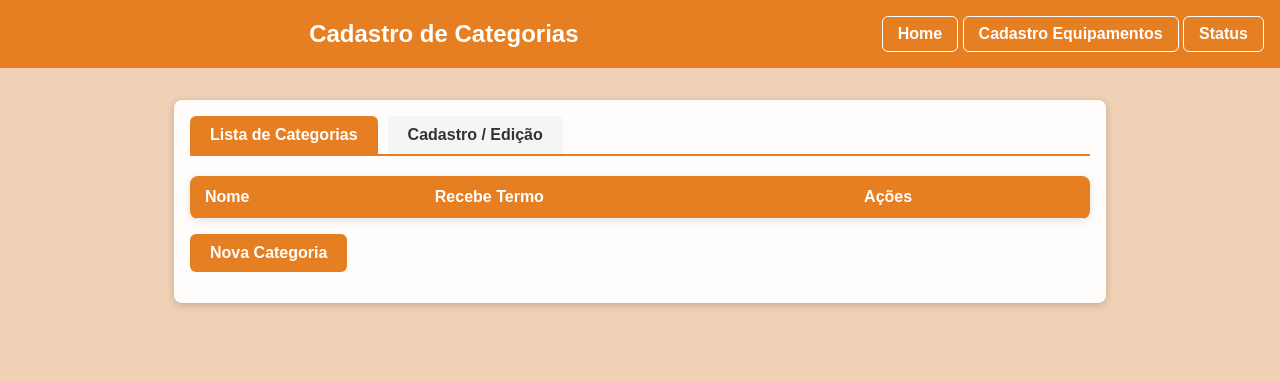
Repository: davyjales/inventario-TI
Page: categorias.html
The author's editor kept a copy of each file at every save. The page is drawn from the files as they stood at one save, then again after the next save.
The browser window is 1280 px wide. The pictures show the whole page.
The page's requests for data from a server got no answer.

Above is the page before, as saved 2025-08-10 15:46:40.

### categorias.html
<!DOCTYPE html>
<html lang="pt-BR">
<head>
  <meta charset="UTF-8" />
  <meta name="viewport" content="width=device-width, initial-scale=1" />
  <title>Cadastro de Categorias</title>
  <link rel="stylesheet" href="css/style.css" />
  <style>
    /* Header styles */
    header {
      background-color: #e67e22;
      color: white;
      padding: 1rem;
      display: flex;
      justify-content: space-between;
      align-items: center;
      gap: 10px;
    }
    header h1 {
      margin: 0;
      font-size: 1.5rem;
      flex-grow: 1;
    }
    header nav button {
      background-color: transparent;
      border: 1px solid white;
      color: white;
      padding: 8px 15px;
      border-radius: 6px;
      cursor: pointer;
      font-weight: 600;
      transition: background-color 0.3s ease;
    }
    header nav button:hover {
      background-color: white;
      color: #e67e22;
    }

    /* Tabs styles */
    .tabs {
      display: flex;
      border-bottom: 2px solid #e67e22;
      margin-bottom: 20px;
      gap: 10px;
    }
    .tab-button {
      padding: 10px 20px;
      cursor: pointer;
      background-color: #f5f5f5;
      border: none;
      border-radius: 6px 6px 0 0;
      font-weight: 600;
      color: #333;
      transition: background-color 0.3s ease;
    }
    .tab-button.active {
      background-color: #e67e22;
      color: white;
      font-weight: 700;
    }
    .tab-content {
      display: none;
    }
    .tab-content.active {
      display: block;
    }

    /* Table styles */
    table {
      width: 100%;
      border-collapse: collapse;
      box-shadow: 0 2px 8px rgba(0,0,0,0.1);
      border-radius: 8px;
      overflow: hidden;
    }
    th, td {
      padding: 12px 15px;
      text-align: left;
      border-bottom: 1px solid #eee;
    }
    th {
      background-color: #e67e22;
      color: white;
      font-weight: 600;
    }
    tr:hover {
      background-color: #f9f9f9;
    }

    /* Form styles */
    form label {
      display: block;
      margin-top: 1rem;
      font-weight: bold;
      color: #333;
    }
    form input[type="text"],
    form textarea,
    form select,
    form input[type="checkbox"] {
      margin-top: 0.25rem;
      padding: 8px 10px;
      border-radius: 6px;
      border: 1px solid #ccc;
      font-size: 1rem;
      width: 100%;
      box-sizing: border-box;
    }
    form button {
      margin-top: 1.5rem;
      padding: 10px 20px;
      background-color: #e67e22;
      color: white;
      border: none;
      border-radius: 6px;
      cursor: pointer;
      font-size: 1rem;
      font-weight: 600;
      transition: background-color 0.3s ease;
    }
    form button:hover {
      background-color: #d35400;
    }
    .form-actions {
      display: flex;
      gap: 10px;
    }

    /* Button styles */
    #btn-nova-categoria {
      background-color: #e67e22;
      color: white;
      border: none;
      padding: 10px 20px;
      border-radius: 6px;
      cursor: pointer;
      font-weight: 600;
      margin-bottom: 15px;
      transition: background-color 0.3s ease;
    }
    #btn-nova-categoria:hover {
      background-color: #d35400;
    }
  </style>
</head>
<body>
  <header>
    <h1>Cadastro de Categorias</h1>
    <nav>
      <button id="btn-home">Home</button>
      <button id="btn-cadastro-equip">Cadastro Equipamentos</button>
      <button id="btn-status">Status</button>
    </nav>
  </header>

  <main>
    <div class="tabs">
      <button class="tab-button active" data-tab="tab-lista">Lista de Categorias</button>
      <button class="tab-button" data-tab="tab-form">Cadastro / Edição</button>
    </div>

    <section id="tab-lista" class="tab-content active">
      <table>
        <thead>
          <tr>
            <th>Nome</th>
            <th>Recebe Termo</th>
            <th>Ações</th>
          </tr>
        </thead>
        <tbody id="categorias-tbody">
          <!-- Lista de categorias será inserida aqui -->
        </tbody>
      </table>
      <button id="btn-nova-categoria" style="margin-top: 15px;">Nova Categoria</button>
    </section>

    <section id="tab-form" class="tab-content">
      <h2 id="form-titulo">Nova Categoria</h2>
      <form id="categoria-form">
        <label>
          Nome da Categoria:
          <input type="text" id="nome-categoria" name="nome" required />
        </label>
        <label>
          Recebe Termo:
          <input type="checkbox" id="recebe-termo" name="recebe_termo" />
        </label>

        <h3>Campos da Categoria</h3>
        <div id="campos-container">
          <!-- Campos dinâmicos serão adicionados aqui -->
        </div>
        <button type="button" id="btn-adicionar-campo" style="margin-top: 10px; margin-bottom: 20px;">Adicionar Campo</button>

        <div class="form-actions">
          <button type="submit" id="btn-salvar">Salvar</button>
          <button type="button" id="btn-cancelar">Cancelar</button>
        </div>
      </form>
    </section>
  </main>

  <script src="js/cadastroCategorias.js"></script>
  <script src="js/cadastroCategoriasTabs.js"></script>
  <script>
    // Navigation buttons
    document.getElementById('btn-home').addEventListener('click', () => {
      window.location.href = 'index.html';
    });
    document.getElementById('btn-cadastro-equip').addEventListener('click', () => {
      window.location.href = 'cadastroEquipamentos.html';
    });
    document.getElementById('btn-status').addEventListener('click', () => {
      window.location.href = 'status.html';
    });
  </script>
</body>
</html>

### css/style.css
/* Existing styles are preserved */

/* Styles for additional fields in category creation */
#campos-adicionais-container {
  margin-top: 10px;
}

.campo-adicional-item {
  display: flex;
  align-items: center;
  gap: 10px;
  margin-bottom: 5px;
}

.campo-adicional-item input[type="text"] {
  flex: 1;
  padding: 6px 8px;
  border: 1px solid #ccc;
  border-radius: 4px;
}

.campo-adicional-item input[type="checkbox"] {
  width: 18px;
  height: 18px;
  cursor: pointer;
}

#btn-adicionar-campo {
  background-color: #b9610f;
  color: white;
  border: none;
  padding: 5px 10px;
  border-radius: 4px;
  cursor: pointer;
}

#btn-adicionar-campo:hover {
  background-color: #a0500d;
}

.btn-remover-campo {
  background-color: #e74c3c;
  color: white;
  border: none;
  padding: 2px 8px;
  border-radius: 4px;
  cursor: pointer;
}

.btn-remover-campo:hover {
  background-color: #c0392b;
}

/* Styles for additional fields in equipment registration */
#campos-adicionais-equipamento > div {
  margin-bottom: 10px;
}

#campos-adicionais-equipamento label {
  font-weight: bold;
  display: block;
  margin-bottom: 4px;
}

#campos-adicionais-equipamento input[type="text"] {
  width: 100%;
  padding: 6px 8px;
    box-shadow: 0 2px 8px rgba(0, 0, 0, 0.2);
    position: relative;
    z-index: 1;
}

.page-section {
    display: none;
    font-family: 'Segoe UI', Tahoma, Geneva, Verdana, sans-serif;
    max-width: 1200px;
    margin: 20px auto;
    padding: 25px;
    background-color: #fff;
    border-radius: 10px;
    box-shadow: 0 4px 12px rgba(0, 0, 0, 0.08);
}

.page-section.active {
    display: block;
}

/* === RESET === */
body {
    font-family: Arial, sans-serif;
    margin: 0;
    padding: 0;
    background-color: #f4f4f4;
    /* background-image: url('../images/visteon-bg.jpg.jpg'); */
    background-size: cover;
    background-position: center;
    background-repeat: no-repeat;
    position: relative;
    z-index: 0;
}

body::before {
    content: "";
    position: fixed;
    top: 0;
    left: 0;
    width: 100%;
    height: 100%;
    background-color: rgba(230, 126, 34, 0.3);
    z-index: -1;
}

/* === HEADER === */
header {
    background-color: #e67e22;
    color: white;
    padding: 1rem;
    text-align: center;
}

.nav-menu {
    list-style: none;
    padding: 0;
    margin: 0;
    display: flex;
    justify-content: center;
    background-color: transparent;
}

.nav-menu li {
    margin: 0 1rem;
}

.nav-menu li a {
    color: white;
    text-decoration: none;
    font-weight: bold;
    padding: 0.5rem 1rem;
    border-radius: 4px;
    transition: background-color 0.3s ease;
}

.nav-menu li a.active,
.nav-menu li a:hover {
    background-color: #d35400;
}

/* === MAIN === */
main {
    max-width: 900px;
    margin: 2rem auto;
    padding: 1rem;
    background-color: rgba(255, 255, 255, 0.95);
    border-radius: 8px;
    box-shadow: 0 2px 8px rgba(0, 0, 0, 0.2);
    position: relative;
    z-index: 1;
}

.page-section {
    display: none;
}

.page-section.active {
    display: block;
}

/* === HOME === */
#home h2 {
    text-align: center;
    color: black;
}

.home-functions {
    display: flex;
    gap: 1rem;
    justify-content: center;
    margin-top: 2rem;
}

.home-functions button {
    padding: 1rem 2rem;
    font-size: 1rem;
    cursor: pointer;
    background-color: black;
    color: white;
    border: none;
    border-radius: 6px;
    transition: background-color 0.3s ease;
}

.home-functions button:hover {
    background-color: #333;
}

/* === EQUIPAMENTOS === */
.equipment-list {
    display: grid;
    grid-template-columns: repeat(auto-fill, minmax(250px, 1fr));
    gap: 1rem;
    margin-top: 1rem;
}

.equipment-list > div {
    background-color: #fff;
    padding: 1rem;
    border-radius: 6px;
    box-shadow: 0 1px 3px rgba(0, 0, 0, 0.1);
    cursor: pointer;
    transition: transform 0.2s, background-color 0.2s;
}

.equipment-list > div:hover {
    transform: translateY(-3px);
    background-color: #f9f9f9;
}

.equipment-list h3 {
    margin: 0 0 0.5rem;
    font-size: 1.1rem;
    color: #e67e22;
}

.equipment-list p {
    margin: 0;
    font-size: 0.9rem;
    color: #444;
}

.equipment-details {
    background-color: #fff;
    padding: 1rem;
    border-radius: 6px;
    box-shadow: 0 2px 6px rgba(0, 0, 0, 0.1);
}

.hidden {
    display: none;
}

/* === FORMULÁRIOS === */
form label {
    display: block;
    margin-top: 1rem;
    font-weight: bold;
    color: #333;
}

form input[type="text"],
form textarea,
form select,
form input[type="file"] {
    width: 100%;
    padding: 0.5rem;
    margin-top: 0.25rem;
    border: 1px solid #ccc;
    border-radius: 4px;
    box-sizing: border-box;
    background-color: white;
}

form button[type="submit"] {
    margin-top: 1.5rem;
    padding: 0.75rem 1.5rem;
    background-color: #e67e22;
    color: white;
    border: none;
    border-radius: 6px;
    cursor: pointer;
    font-size: 1rem;
}

form button[type="submit"]:hover {
    background-color: #d35400;
}

.termo-options {
    display: flex;
    gap: 2rem;
    margin-top: 0.5rem;
}

#categoria-lista {
    list-style: none;
    padding: 0;
    margin-top: 1rem;
}

#categoria-lista li {
    background-color: #fff;
    margin-bottom: 0.5rem;
    padding: 0.5rem 1rem;
    border-radius: 4px;
    box-shadow: 0 1px 3px rgba(0, 0, 0, 0.1);
}
#categoria-lista li span {
    font-weight: bold;
    color: #e67e22;
}

/* === TABELA DE USUÁRIOS === */
.user-table {
    width: 100%;
    border-collapse: collapse;
    margin-top: 2rem;
    background-color: #fff;
    box-shadow: 0 2px 6px rgba(0, 0, 0, 0.1);
    border-radius: 8px;
    overflow: hidden;
}

.user-table thead {
    background-color: #e67e22;
    color: white;
}

.user-table thead th {
    padding: 1rem;
    text-align: left;
    font-weight: bold;
    border-bottom: 2px solid #d35400;
}

.user-table tbody td  {
    padding: 0.75rem 0.75rem;
    border-bottom: 1px solid #eee;
    color: #333;
}

.user-table tbody tr:hover {
    background-color: #f9f9f9;
}

.user-table td .action-btn .checkbox{
    display: inline-flex;
    align-items: center;
    justify-content: center;
    margin: 0.2rem;
    padding: 0.75rem 0.75rem;
    font-size: 0.85rem;
    font-weight: bold;
    border: none;
    border-radius: 5px;
    cursor: pointer;
    color: white;
    transition: all 0.3s ease;
    min-width: 140px;
    text-align: center;
    box-shadow: 0 2px 4px rgba(0, 0, 0, 0.1);
}

.btn-admin {
    background-color: #3498db;
}
.btn-admin:hover {
    background-color: #2980b9;
}

.btn-auth {
    background-color: #27ae60;
}
.btn-auth:hover {
    background-color: #1e8449;
}

/*.btn-delete {
    background-color: #e74c3c;
}
.btn-delete:hover {
    background-color: #c0392b;
} */
.btn-inventariante {
  background-color: #f39c12;
}
.btn-inventariante:hover {
  background-color: #d68910;
}/*
.btn-password {
    background-color: #8e44ad;
}*/

.modal {
  position: fixed;
  top: 0; left: 0;
  width: 100vw; height: 100vh;
  background: rgba(0, 0, 0, 0.4);
  display: flex; justify-content: center; align-items: center;
  z-index: 999;
}
.modal-content {
  background: white;
  padding: 2rem;
  border-radius: 8px;
  max-width: 400px;
  width: 90%;
  box-shadow: 0 2px 10px rgba(0,0,0,0.3);
}
.modal-buttons {
  margin-top: 1rem;
  display: flex;
  gap: 1rem;
  justify-content: flex-end;
}
.hidden {
  display: none !important;
}

.centralizado {
  text-align: center;
  vertical-align: middle;
}

/* Increase row height and padding for equipment table */
.tabela-equipamentos tbody tr {
  height: 50px;
}

.tabela-equipamentos tbody td {
  padding: 2px 5px;
  vertical-align: middle;
  font-size: 1rem;
  cursor: default;
}

.tabela-equipamentos tbody td.service-tag-link {
  color: #007bff;
  cursor: pointer;
  text-decoration: underline;
}

/* === NAVIGATION DROPDOWN MENU === */
.nav-dropdown {
  position: relative;
}

.dropdown-menu {
  position: absolute;
  top: 100%;
  left: 0;
  background-color: #e67e22;
  list-style: none;
  padding: 0.5rem 0;
  margin: 0;
  opacity: 0;
  visibility: hidden;
  transition: opacity 0.3s ease;
  border-radius: 0 0 6px 6px;
  min-width: 180px;
  z-index: 10;
}

.dropdown-menu li {
  margin: 0;
}

.dropdown-menu li a {
  display: block;
  padding: 0.5rem 1rem;
  color: white;
  text-decoration: none;
  font-weight: normal;
  transition: background-color 0.3s ease;
}

.dropdown-menu li a:hover {
  background-color: #d35400;
}

.nav-dropdown:hover .dropdown-menu {
  opacity: 1;
  visibility: visible;
}

/* ===== ESTILOS DA ABA DE HISTÓRICO ===== */

/* Controles de abas */
.tab-buttons {
  display: flex;
  margin: 20px 0 15px 0;
  border-bottom: 1px solid #ddd;
}

.tab-btn {
  padding: 10px 20px;
  background: #f5f5f5;
  border: none;
  border-radius: 5px 5px 0 0;
  cursor: pointer;
  margin-right: 5px;
  font-weight: 600;
  transition: all 0.3s ease;
}

.tab-btn:hover {
  background: #e0e0e0;
}

.tab-btn.active {
  background: #b9610f;
  color: white;
}

/* Abas */
.report-tab,
.history-tab {
  display: none;
}

.report-tab.active,
.history-tab.active {
  display: block;
}

/* Barra de pesquisa do histórico */
.history-search {
  display: flex;
  gap: 10px;
  margin-bottom: 15px;
  flex-wrap: wrap;
  align-items: center;
}

.history-search input,
.history-search select {
  padding: 8px 12px;
  border: 1px solid #ddd;
  border-radius: 4px;
  font-size: 14px;
}

.history-search button {
  padding: 8px 15px;
  background: #b9610f;
  color: white;
  border: none;
  border-radius: 4px;
  cursor: pointer;
  transition: background 0.3s;
}

.history-search button:hover {
  background: #a3560d;
}

/* Tabela de histórico */
.tabela-historico {
  width: 100%;
  border-collapse: collapse;
}

.tabela-historico th {
  background-color: #b9610f;
  color: white;
  padding: 12px 15px;
  text-align: left;
  font-weight: 500;
  position: sticky;
  top: 0;
}

.tabela-historico td {
  padding: 12px 15px;
  border-bottom: 1px solid #eee;
  vertical-align: top;
}

.tabela-historico tr:nth-child(even) {
  background-color: #f9f9f9;
}

.tabela-historico tr:hover {
  background-color: #f0f7ff;
}

/* Detalhes das alterações */
.change-details {
  font-size: 13px;
}

.change-details ul {
  margin: 0;
  padding-left: 18px;
}

.change-details li {
  margin-bottom: 3px;
}

/* Responsividade */
@media (max-width: 768px) {
  .history-search {
    flex-direction: column;
    align-items: stretch;
  }

  .history-search input,
  .history-search select,
  .history-search button {
    width: 100%;
  }

  .tabela-historico {
    display: block;
    overflow-x: auto;
  }

  .tab-buttons {
    overflow-x: auto;
    white-space: nowrap;
    display: block;
    padding-bottom: 5px;
  }

  .tab-btn {
    display: inline-block;
    margin-bottom: 5px;
  }
}

/* Estilos para listas editáveis */
.editable-list {
  list-style: none;
  padding: 0;
  margin: 0;
  width: 100%; /* Garante que a lista ocupe toda a largura */
}

/* Estilo para os itens da lista */
.editable-list li {
  display: flex;
  justify-content: space-between;
  align-items: center;
  padding: 12px 15px;
  margin-bottom: 8px;
  background-color: #f8f9fa;
  position: relative; /* Necessário para o pseudo-elemento */
  width: 100%; /* Ocupa toda a largura disponível */
  box-sizing: border-box; /* Inclui padding na largura total */
}

/* Borda lateral usando pseudo-elemento */
.editable-list li::before {
  content: '';
  position: absolute;
  left: 0;
  top: 0;
  bottom: 0;
  width: 3px;
  background-color: #b9610f;
  border-radius: 3px 0 0 3px;
}

/* Estilo para as ações (ícones) */
.editable-actions {
  display: flex;
  gap: 10px;
  margin-left: 10px;
}

/* Estilo para o container principal */

.editable-actions button {
  background: none;
  border: none;
  cursor: pointer;
  font-size: 16px;
  padding: 5px;
  border-radius: 4px;
  transition: all 0.2s;
}

.editable-actions button:hover {
  background-color: #f0f0f0;
}

.btn-edit {
  color: #b9610f;
}

.btn-delete {
  color: #dc3545;
}

/* Modal de edição */
.modal {
  position: fixed;
  top: 0;
  left: 0;
  width: 100%;
  height: 100%;
  background-color: rgba(0, 0, 0, 0.5);
  display: flex;
  justify-content: center;
  align-items: center;
  z-index: 1000;
}

.modal-content {
  background-color: white;
  padding: 25px;
  border-radius: 8px;
  width: 90%;
  max-width: 500px;
  max-height: 80vh;
  overflow-y: auto;
}

.modal-input {
  width: 100%;
  padding: 10px;
  margin: 10px 0;
  border: 1px solid #ddd;
  border-radius: 4px;
}

.modal-buttons {
  display: flex;
  justify-content: flex-end;
  gap: 10px;
  margin-top: 20px;
}

.btn-primary {
  background-color: #b9610f;
  color: white;
  border: none;
  padding: 8px 16px;
  border-radius: 4px;
  cursor: pointer;
}

.btn-cancel {
  background-color: #6c757d;
  color: white;
  border: none;
  padding: 8px 16px;
  border-radius: 4px;
  cursor: pointer;
}

.btn-add-field {
  background-color: #28a745;
  color: white;
  border: none;
  padding: 6px 12px;
  border-radius: 4px;
  cursor: pointer;
  margin-top: 10px;
  font-size: 14px;
}

.campo-adicional-item {
  display: flex;
  align-items: center;
  gap: 10px;
  margin-bottom: 10px;
  padding: 8px;
  background-color: #f8f9fa;
  border-radius: 4px;
}

.campo-adicional-item input[type="text"] {
  flex-grow: 1;
  padding: 6px;
  border: 1px solid #ddd;
  border-radius: 4px;
}

.campo-adicional-item .btn-remove-field {
  color: #dc3545;
  background: none;
  border: none;
  cursor: pointer;
}

.export-controls {
  margin: 15px 0;
  text-align: right;
}

.export-controls .btn-success {
  background-color: #28a745;
  color: white;
  border: none;
  padding: 8px 16px;
  font-size: 14px;
  border-radius: 4px;
  cursor: pointer;
  transition: background-color 0.3s ease;
}

.export-controls .btn-success:hover {
  background-color: #218838;
}


#cadastro-equipamentos {
  background: #fff;
  border-radius: 12px;
  padding: 25px 30px;
  max-width: 650px;
  margin: auto;
  box-shadow: 0px 4px 15px rgba(0,0,0,0.08);
}

#cadastro-equipamentos h2 {
  margin-bottom: 20px;
  font-size: 1.6rem;
  font-weight: 600;
  color: #333;
}

.form-group {
  display: flex;
  flex-direction: column;
  margin-bottom: 15px;
}

.form-group-inline {
  display: flex;
  align-items: center;
  gap: 15px;
  margin-bottom: 15px;
}

label {
  margin-bottom: 5px;
  font-weight: 500;
}

input[type="text"],
textarea,
select {
  padding: 8px 10px;
  border-radius: 6px;
  border: 1px solid #ccc;
  font-size: 0.95rem;
  transition: border-color 0.2s ease-in-out;
}

input[type="text"]:focus,
textarea:focus,
select:focus {
  border-color: #ff7a00;
  outline: none;
}

button {
  background: #ff7a00;
  color: #fff;
  padding: 10px 18px;
  border: none;
  border-radius: 6px;
  font-size: 1rem;
  cursor: pointer;
  transition: background 0.2s ease-in-out;
}

button:hover {
  background: #e96d00;
}

.hidden {
  display: none;
}

### js/cadastroCategoriasTabs.js
// cadastroCategoriasTabs.js
document.addEventListener("DOMContentLoaded", () => {
  const tabButtons = document.querySelectorAll(".tab-button");
  const tabContents = document.querySelectorAll(".tab-content");

  tabButtons.forEach(button => {
    button.addEventListener("click", () => {
      const target = button.getAttribute("data-tab");

      tabButtons.forEach(btn => btn.classList.remove("active"));
      tabContents.forEach(content => content.classList.remove("active"));

      button.classList.add("active");
      const targetContent = document.getElementById(target);
      if (targetContent) {
        targetContent.classList.add("active");
      }
    });
  });
});

Loaded but not shown: js/cadastroCategorias.js (258 lines, source omitted)

After the next save:
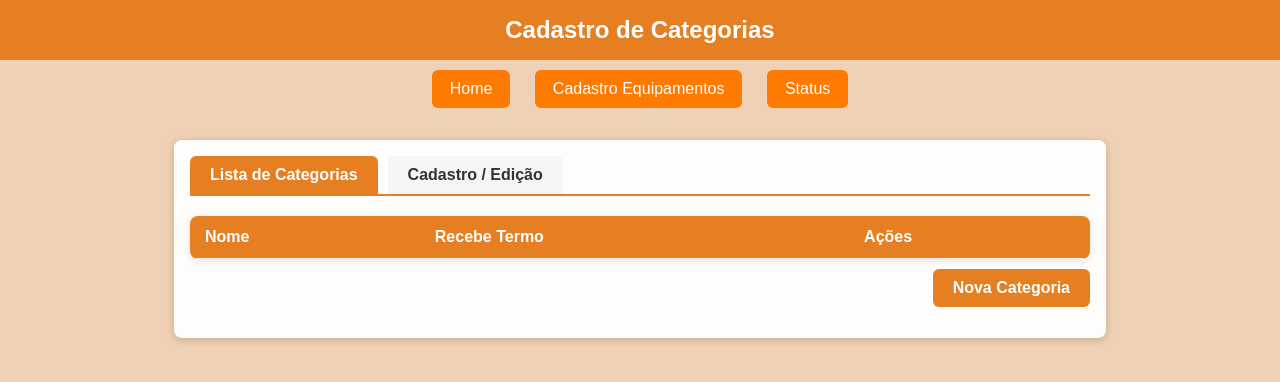
Saved 4 min 55 s later.
--- a/categorias.html
+++ b/categorias.html
@@ -146,12 +146,12 @@
 <body>
   <header>
     <h1>Cadastro de Categorias</h1>
-    <nav>
-      <button id="btn-home">Home</button>
-      <button id="btn-cadastro-equip">Cadastro Equipamentos</button>
-      <button id="btn-status">Status</button>
-    </nav>
   </header>
+  <nav style="text-align: center; margin: 10px 0;">
+    <button id="btn-home" style="margin: 0 10px;">Home</button>
+    <button id="btn-cadastro-equip" style="margin: 0 10px;">Cadastro Equipamentos</button>
+    <button id="btn-status" style="margin: 0 10px;">Status</button>
+  </nav>
 
   <main>
     <div class="tabs">
@@ -172,7 +172,9 @@
           <!-- Lista de categorias será inserida aqui -->
         </tbody>
       </table>
-      <button id="btn-nova-categoria" style="margin-top: 15px;">Nova Categoria</button>
+      <div style="text-align: right; margin-top: 10px;">
+        <button id="btn-nova-categoria" style="display: inline-block;">Nova Categoria</button>
+      </div>
     </section>
 
     <section id="tab-form" class="tab-content">
